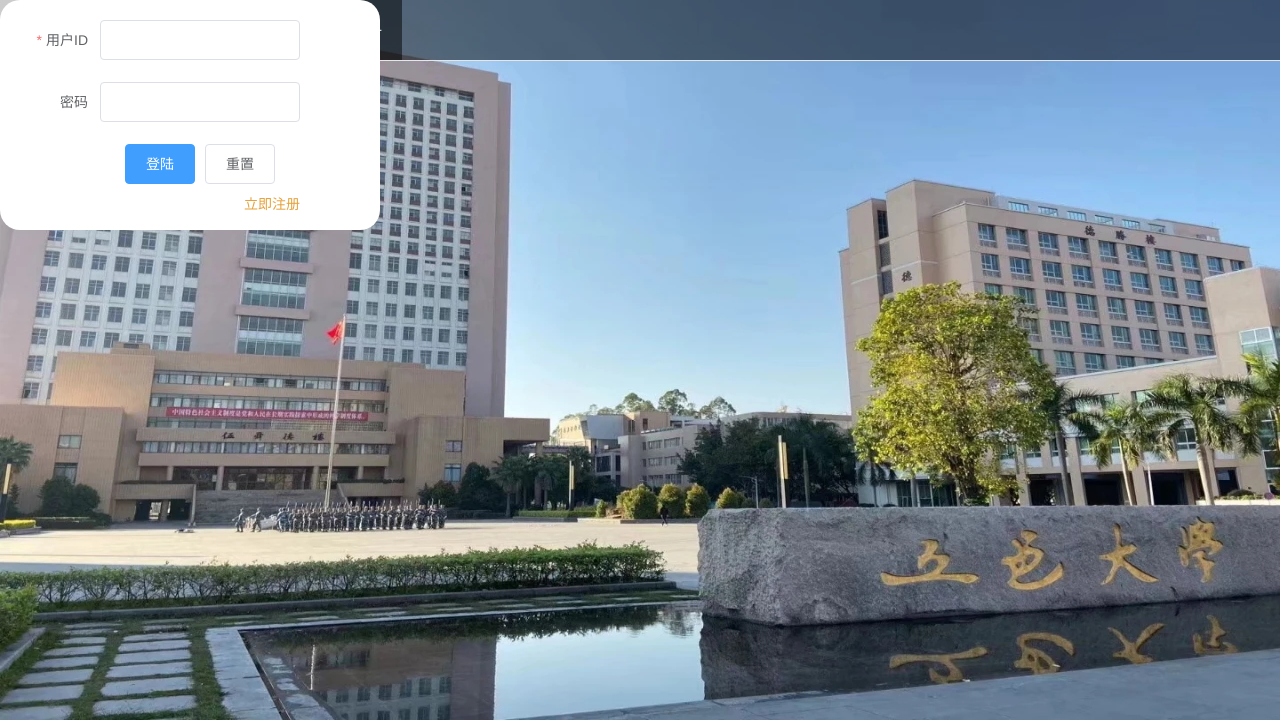
Repository: Akron-xz/helloVue
Page: /#/userLogin (app in vue-library/)
An editor plug-in stored every save of this project. The page is shown before and after a run of saves, followed by the edit.
The browser window is 1280 px wide. The pictures show the whole page.
The project was rebuilt for these pictures with package versions that can differ from the ones it lists, and the page was loaded fresh each time. Also part of the build but not shown: vue-library/src/views/Home.vue.

Above is the page before, as saved 2020-11-24 21:14:56.

### vue-library/src/main.js
import Vue from 'vue'
import App from './App.vue'
import ElementUI from 'element-ui';
import 'element-ui/lib/theme-chalk/index.css';
import axios from "axios"
import router from './router'
import Router from 'vue-router'

const routerPush = Router.prototype.push
Router.prototype.push = function push(location) {
    return routerPush.call(this, location).catch(error => error)
}

Vue.config.productionTip = false
Vue.use(ElementUI);
Vue.prototype.$axios = axios;


new Vue({
    router,
    render: h => h(App)
}).$mount('#app')

### vue-library/src/router/index.js
import Vue from 'vue'
import VueRouter from 'vue-router'
import Home from '../views/Home.vue'


Vue.use(VueRouter)

const routes = [{
        path: '/',
        name: 'Home',
        component: Home
    },
    {
        path: '/about',
        name: 'About',
        // route level code-splitting
        // this generates a separate chunk (about.[hash].js) for this route
        // which is lazy-loaded when the route is visited.
        component: () =>
            import ( /* webpackChunkName: "about" */ '../views/About.vue')
    },
    {
        path: '/admin',
        name: 'Admin',
        // route level code-splitting
        // this generates a separate chunk (about.[hash].js) for this route
        // which is lazy-loaded when the route is visited.
        component: () =>
            import ( /* webpackChunkName: "about" */ '../views/Administrator.vue')
    },
    {
        path: "/userLogin",
        name: "UserLogin",
        component: () =>
            import ('../views/UserLogin.vue')
    },
    {
        path: "/user",
        name: "User",
        component: () =>
            import ( /* webpackChunkName: "about" */ '../views/User.vue')
    },
    {
        path: "/signup",
        name: "SignUp",
        component: () =>
            import ('../views/SignUp.vue')
    },
    {
        path: "/adminmain",
        name: "AdminMain",
        component: () =>
            import ('../views/AdminMain.vue')
    },
    {

        path: "/MyInformation",
        name: "MyInformation",
        component: () =>
            import ('../views/MyInformation.vue')
    },
    {
        path: "/library",
        name: "Library",
        component: () =>
            import ( /* webpackChunkName: "about" */ '../views/Library.vue')

    },
    {
        path: "/modifymsg",
        name: "ModifyMsg",
        component: () =>
            import ('../views/ModifyMsg.vue')
    },
    {
        path: "/borrowhistory",
        name: "BorrowHistory",
        component: () =>
            import ('../views/BorrowHistory.vue')
    },
    {
        path: "/newissue",
        name: "NewIssue",
        component: () =>
            import ('../views/NewIssue.vue')
    },
    {
        path: "/booksearch",
        name: "BookSearch",
        component: () =>
            import ('../views/BookSearch.vue')
    },
    {
        path: "/MyBookshelves",
        name: "MyBookshelves",
        component: () =>
            import ('../views/MyBookshelves.vue')
    },
    {
        path: "/modifyAnnounce",
        name: "ModifyAnnounce",
        component: () =>
            import ('../views/ModifyAnnounce.vue')
    },
    {
        path: "/statistics",
        name: "Statistics",
        component: () =>
            import ('../views/Statistics.vue')
    },


]

const router = new VueRouter({
    routes
})

export default router

### vue-library/src/views/UserLogin.vue
<template>
<div  class="login-container">
      <!-- need to change (fixed)-->
      <homeNavigation></homeNavigation>
      <el-header>图书馆管理系统  用户登陆</el-header>
      <div class="loginBox">
        <el-form :model="ruleForm" :rules="rules" ref="ruleForm" label-width="100px" class="demo-ruleForm">
          <el-form-item label="用户ID" prop="userId">
            <el-input v-model="ruleForm.userId"></el-input>
          </el-form-item>
          <el-form-item label="密码" prop="password">
            <el-input v-model="ruleForm.password" type="password"></el-input>
        </el-form-item>
        <el-form-item>
          <el-button type="primary" @click="submitForm('ruleForm')">登陆</el-button>
          <el-button @click="resetForm('ruleForm')">重置</el-button>
          <el-link type="warning" @click="toSignUp">立即注册</el-link>
        </el-form-item>
      </el-form>
    </div>


      <!-- <div class="loginBox">
        <el-form :model="ruleForm" :rules="rules" ref="ruleForm" label-width="100px" class="demo-ruleForm">
          <el-form-item label="用户名" prop="username">
            <el-input v-model="ruleForm.username"></el-input>
          </el-form-item>
          <el-form-item label="密码" prop="password">
           <el-input v-model="ruleForm.password" type="password"
              oncopy="return false"
              onpaste="return false"
              oncut="return false"></el-input>
          </el-form-item>
          <el-form-item>
            <el-button type="primary" @click="submitForm('ruleForm')">登陆</el-button>
            <el-button @click="resetForm('ruleForm')">重置</el-button>
          </el-form-item>
        </el-form>
      </div> -->

</div>
</template>


<script>
import axios from "axios"
import homeNavigation from '@/components/homeNav.vue'
export default {
    components:{
        homeNavigation
    },
    data() {
      var validatePass = (rule, value, callback) => {
        if (value === '') {
          callback(new Error('请输入密码'));
        } else {
          callback();
        }
      };

    return {
          ruleForm: {
          userId: '',
          password:'',
        },

        user:[],

        rules:{
            userId:[
                { required: true, message: '请输入用户名', trigger: 'blur'}
            ],

             password: [
            { validator: validatePass, trigger: 'blur' },
            { min: 8, max: 24,message: '长度应在 8 到 24 个字符', trigger: 'blur'}
          ],
        },
    };


    },
      methods: {
      //用户登录
      submitForm(formName) {
        this.$refs[formName].validate((valid) => {
          if (valid) {
            axios({
              method:"post",
              url:"http://localhost:8081/login",
              params : {
                id : parseInt(this.ruleForm.userId),
                password : this.ruleForm.password,
              }
            }).then(res=>{
              // 获取后台返回的数据
              // 若有就得到json，若无就得到空
              this.user = res.data;
              console.log(this.user);

              // 结果是undefined
              // 应该是数组的大小被改变后length就为undefined
              console.log(this.user.length);

              if (this.user) {
                console.log("登陆成功");
                // session保存登录的用户信息
                sessionStorage.setItem("userSession", JSON.stringify(this.user));
                // console.log(JSON.parse(sessionStorage.getItem("userSession")));

                // 路由跳转
                this.$router.push({path:'/user'});

              } else {
                this.$message({
                  message: '登录失败！请检查你的账号和密码是否正确。',
                  type: 'error'
                });
                this.ruleForm.userId = "";
                this.ruleForm.password = "";
              }
            })
          } else {
            console.log('错误的表单提交');
            return false;
          }
        });
      },
      resetForm(formName) {
        this.$refs[formName].resetFields();
      },
      toSignUp(){
            this.$router.push({path:'/SignUp'})
      },
    }

}
</script>

<style scoped>
.login-container{
    position: fixed;
    display: flex;
    flex-direction: column;
    left: 0;
    top:0;
    width: 100%;
    height: 100%;
    background-repeat: no-repeat;
    background-size: 100% 100%;
    background-image: url(/img/divBg/bg20.jpg);
}
.demo-ruleForm{
        position: absolute;
        top: 20px;
        width: 300px;
        height: 50px;
 }

.el-header {
    text-align: left;
    line-height: 60px;
    font-weight: 1000;
    font-size: 30px;
    color: black;
    letter-spacing: 0.04em;
  }

.loginBox{
  position: fixed;
  align-items: center;

  width: 380px;
  height: 230px;
  border-radius: 20px;
  background: white;
}

.el-link{
  float: right;
}

.img{
  margin-left: 100px;
  height: 100px;
  width: 1000px;
}

</style>

### vue-library/src/components/homeNav.vue
<template>

    <div class="navigation-bar">
        <el-menu
            class="el-menu-demo"
            mode="horizontal"
            @select="handleSelect"
            background-color="#00000080"
            text-color="#ffffff"
            text-font="15px"
            border="none"
            >


            <el-menu-item index="1" @click="toMain">
                <img src="/img/libraryIcon.png" alt="" target="_self" class="libraryIcon">
            </el-menu-item>

            <el-menu-item index="2" @click="toLogin">
                <a  target="_self"  >用户登陆</a>
            </el-menu-item>

            <el-menu-item index="3" @click="toAdministrator">
                <a  target="_self">管理员登陆</a>
            </el-menu-item>

            <el-menu-item index="4" @click="toSignUp">
                <a  target="_self">用户注册</a>
            </el-menu-item>

            <!-- <el-menu-item index="5" @click="toLibrary">
                <a  target="_self">图书馆</a>
            </el-menu-item> -->

            <!-- <el-menu-item index="6" class="exitIcon">
                <img src="/img/logoutIcon.png" alt="" target="_self" class="logoutIcon">
            </el-menu-item> -->

            <!-- <el-menu-item index="6" @click="toMain">
                <a  target="_self">返回主页</a>
            </el-menu-item> -->
        </el-menu>

    </div>
</template>

<script>
export default {
    name:"Nav",
    data() {
      return {
        activeIndex: '1'
      }
    },
    methods: {
    handleSelect(key, keyPath) {
      console.log(key, keyPath);
    },
    toMain(){
      this.$router.push({path:'/'});
    },

    toLogin(){
      this.$router.push({path:'/UserLogin'});
    },
    toAdministrator(){
      this.$router.push({path:'/Admin'});
    },
    toSignUp(){
      this.$router.push({path:'/SignUp'});
    },




  },

}
</script>>

<style scoped>
.libraryIcon{
  height: 60px;
  width: 60px;
}

.exitIcon{
  float: right;
}

.logoutIcon{
  height: 40px;
  width: 40px;
}

</style>>

Loaded but not shown: vue-library/public/index.html (common file); vue-library/src/App.vue (common file)

After the next 2 saves:
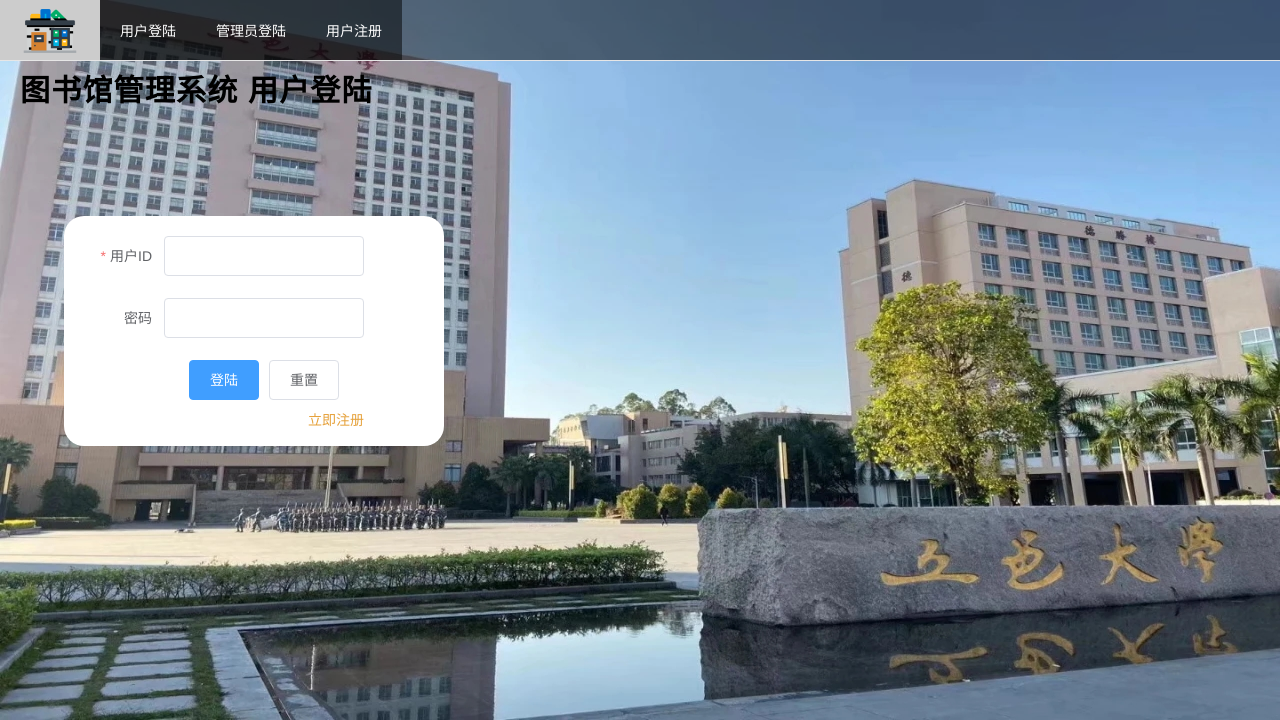
The 2 saves are shown as one change because they came seconds apart.
The last was saved 15 s later.
--- a/vue-library/src/views/UserLogin.vue
+++ b/vue-library/src/views/UserLogin.vue
@@ -168,8 +168,9 @@ export default {
 
 .loginBox{
   position: fixed;
-  align-items: center;
 
+  top: 30%;
+  left: 5%;
   width: 380px;
   height: 230px;
   border-radius: 20px;
